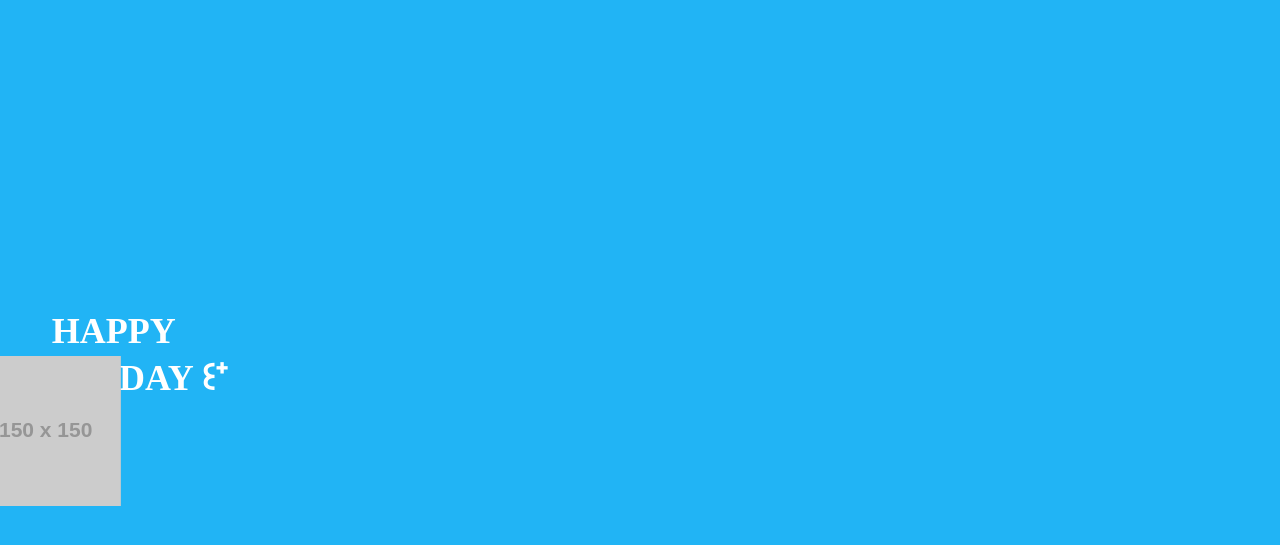
Repository: naps00/BIRTHDAY
Page: /details
These files come from the project's save history. The page is drawn as it stood at one moment and after the next save; the edit follows.
The browser window is 1280 px wide. The pictures show the whole page.
The project was rebuilt for these pictures with package versions that can differ from the ones it lists, and the page was loaded fresh each time.

Above is the page before, as saved 2024-12-12 04:06:50.

### src/App.js
import React, { useState } from 'react';
import { BrowserRouter as Router, Route, Routes, Link } from 'react-router-dom';
import './App.css';
import Details from './details.js'; // นำเข้า Details.js

function Home() {
  const [showModal, setShowModal] = useState(false);

  // เมื่อวีดีโอจบ ให้แสดง modal
  const handleVideoEnd = () => {
    setShowModal(true);
  };

  return (
    <div className="App">
      <div className="container">
        <div className="text-section" style={{ flex: 1, display: 'flex', flexDirection: 'column', justifyContent: 'center', alignItems: 'center', textAlign: 'center', height: '100vh', color: 'black', fontSize: 'calc(3vw + 0vh)', fontWeight: 'bold' }}>
          <h2>HAPPY BIRTHDAY !!</h2>
          <p>MY LOVE ♡ </p>
          <img src="https://img2.pic.in.th/pic/fc8c0bdfae313c2ffd700a21b05915d6-removebg-preview.png" alt="Happy Birthday Decoration" style={{width: '200px', height: '200PX' }} />
        </div>

        <div className="video-section">
          <video
            className="video-player"
            controls
            onEnded={handleVideoEnd}
          >
            <source src="https://v1.pinimg.com/videos/mc/720p/3d/2a/3c/3d2a3ca4078af4f14258938781ed5f8e.mp4" type="video/mp4" />
            Your browser does not support the video tag.
          </video>
        </div>
      </div>

      {/* Modal */}
      {showModal && (
        <div className="modal-backdrop">
          <div className="modal-content">
            <h2>Are you ready?</h2>
            {/* เปลี่ยนปุ่ม "ปิด" ให้เป็นลิงค์ไปยังหน้า /details */}
            <Link to="/details">
              <button className="pulse">GO !!</button>
            </Link>
          </div>
        </div>
      )}

      {/* เพิ่มอิโมจิที่วิ้งๆ */}
      <div className="emoji">🌟</div>
      <div className="emoji2">✨</div>
      <div className="emoji3">💕</div>

    </div>
  );
}

function App() {
  return (
    <Router>
      <Routes>
        <Route path="/" element={<Home />} />
        <Route path="/details" element={<Details />} /> {/* เพิ่มเส้นทางสำหรับหน้า /details */}
      </Routes>
    </Router>
  );
}

export default App;

### src/App.css
/* การจัด layout ของแอปพลิเคชัน */
.App {
  background-color: white;
  min-height: 100vh;
  display: flex;
  justify-content: center;
  align-items: center;
}

/* ส่วนที่ใช้จัด layout */
.container {
  display: flex;
  flex-direction: row; /* แบ่งพื้นที่ออกเป็น 2 ส่วน */
  width: 100%;
  height: 100vh;
}

/* ส่วนข้อความ */
.text-section {
  flex: 1;
  display: flex;
  flex-direction: column;
  justify-content: center;
  align-items: center;
  padding: 20px;
  background-color: #f9f9f9;
}

.text-section h1 {
  margin-bottom: 20px;
}

/* ส่วนวีดีโอ */
.video-section {
  flex: 1;
  display: flex;
  justify-content: center;
  align-items: center;
  background-color: #000;
}

.video-player {
  width: 100%; /* ให้วีดีโอเต็มความกว้าง */
  height: 100%; /* ให้วีดีโอเต็มความสูง */
  object-fit: cover; /* ปรับวีดีโอให้เต็มพื้นที่โดยไม่เสียสัดส่วน */

/* การแสดง modal */
}
.modal-backdrop {
  position: fixed;
  top: 0;
  left: 0;
  width: 100%;
  height: 100%;
  background: rgba(0, 0, 0, 0.7);
  display: flex;
  justify-content: center;
  align-items: center;
  z-index: 100; /* ทำให้ modal อยู่เหนือสิ่งอื่น */
  animation: fadeInPop 0.5s ease-out;
}

/* เพิ่ม z-index ให้ modal-content */
.modal-content {
  background: white;
  padding: 20px;
  border-radius: 10px;
  text-align: center;
  box-shadow: 0 2px 10px rgba(0, 0, 0, 0.3);
  animation: slideUp 0.3s ease-out;
  z-index: 101; /* ทำให้เนื้อหาของ modal อยู่เหนือ backdrop */
}

/* การแอนิเมชัน fade-in และ pop-up สำหรับ modal backdrop */
@keyframes fadeInPop {
  0% {
    opacity: 0;
    transform: scale(0.8);
  }
  100% {
    opacity: 1;
    transform: scale(1);
  }
}

body {
  font-family: 'Coiny', cursive;
  margin: 0;
  padding: 0;
  box-sizing: border-box;
  background-color: #fef9ef;
  color: #333;
}

h1, h2, p {
  font-family: 'Coiny', cursive; /* ฟอนต์ใหม่สำหรับข้อความ */
}

button {
  font-family: 'Coiny', cursive;
  font-size: 1.2rem;
  background-color: #ff6f61;
  color: #fff;
  padding: 10px 20px;
  border: none;
  border-radius: 8px;
  cursor: pointer;
  transition: background-color 0.3s ease, transform 0.3s ease;
}

button:hover {
  background-color: #ff3d3d;
  transform: scale(1.1);
}

/* การแอนิเมชัน slide-up สำหรับ modal content */
@keyframes slideUp {
  0% {
    transform: translateY(20px);
    opacity: 0;
  }
  100% {
    transform: translateY(0);
    opacity: 1;
  }
}

.modal-content h2 {
  margin-bottom: 20px;
}

.modal-content button {
  padding: 10px 20px;
  background-color: #007bff;
  color: white;
  border: none;
  border-radius: 5px;
  cursor: pointer;
  transition: transform 0.3s ease, background-color 0.3s ease;
}

/* เอฟเฟกต์เมื่อ hover ปุ่ม */
.modal-content button:hover {
  background-color: #0056b3;
  transform: scale(1.1); /* ขยายขนาดปุ่มเมื่อ hover */
}

/* เอฟเฟกต์การเต้นของปุ่ม */
@keyframes pulse {
  0% {
    transform: scale(1);
    opacity: 1;
  }
  50% {
    transform: scale(1.1);
    opacity: 0.8;
  }
  100% {
    transform: scale(1);
    opacity: 1;
  }
}

.pulse {
  animation: pulse 1.5s infinite;
}

/* อิโมจิวิ้งๆ */
.emoji {
  position: fixed;
  top: 30%;
  right: 50%;
  font-size: 30px;
  animation: smoothBounce 1.4s infinite;
  z-index: 50; /* ทำให้ไอคอนอิโมจิอยู่ใต้ modal */
}
.emoji2 {
  position: fixed;
  top: 18%;
  right: 97%;
  font-size: 30px;
  animation: smoothBounce 1.5s infinite;
  z-index: 50; /* ทำให้ไอคอนอิโมจิอยู่ใต้ modal */
}
.emoji3 {
  position: fixed;
  top: 63%;
  right: 65%;
  font-size: 50px;
  animation: smoothBounce 3s infinite;
  z-index: 50; /* ทำให้ไอคอนอิโมจิอยู่ใต้ modal */
}
/* การกระพิบ */
/* @keyframes fadeInOut {
  0%, 100% {
    opacity: 0;
  }
  50% {
    opacity: 1;
  }
}

.fade {
  animation: fadeInOut 1s infinite;
} */

/* การแอนิเมชันวิ้ง */
@keyframes smoothBounce {
  0%, 100% {
    transform: translateY(0);
    opacity: 1;
  }
  25% {
    transform: translateY(-1px);
    opacity: 1;
  }
  50% {
    transform: translateY(-1px);
    opacity: 1;
  }
  75% {
    transform: translateY(5px);
    opacity: 1;
  }
}


/* การแอนิเมชัน zoom-in */
@keyframes zoomIn {
  0% {
    transform: scale(0.8);
    opacity: 0;
  }
  100% {
    transform: scale(1);
    opacity: 1;
  }
}

.zoom-in {
  animation: zoomIn 0.4s ease-out;
}

/* เอฟเฟกต์ fade-in สำหรับเนื้อหาที่โหลด */
.fade-in {
  opacity: 0;
  animation: fadeIn 1s forwards;
}

@keyframes fadeIn {
  from {
    opacity: 0;
  }
  to {
    opacity: 1;
  }
}

### src/details.js
import React, { useState, useEffect } from 'react';
import './details.css';

function DetailsPage() {
  const [isBlue, setIsBlue] = useState(true);

  // ฟังก์ชันเพื่อสลับสีพื้นหลังทุก 2 วินาที
  useEffect(() => {
    const interval = setInterval(() => {
      setIsBlue((prev) => !prev);
    }, 2000); // สลับทุก 2 วินาที

    return () => clearInterval(interval); // เคลียร์ interval เมื่อคอมโพเนนต์ถูก unmount
  }, []);

  return (
    <div className={`details-page ${isBlue ? 'blue' : 'pink'}`}>
      <div className="content">
        <h1>
          HAPPY <br />
          NAME DAY ꒰⁺
        </h1>
      </div>
      <div className="card-stack">
        {/* ใส่ภาพที่ต้องการ */}
        <img src="https://via.placeholder.com/150" alt="card" className="card" />
        <img src="https://via.placeholder.com/150" alt="card" className="card" />
        <img src="https://via.placeholder.com/150" alt="card" className="card" />
      </div>
    </div>
  );
}

export default DetailsPage;

### src/details.css
.details-page {
  display: flex;
  justify-content: center;
  align-items: flex-start; /* จัดข้อความให้อยู่ที่ด้านบนสุด */
  height: 100vh;
  transition: background-color 2s ease-in-out;
  flex-direction: column; /* ให้ข้อความอยู่ด้านบน และภาพอยู่ด้านล่าง */
}

.details-page.blue {
  background-color: #00bfff; /* ฟ้าสด */
}

.details-page.pink {
  background-color: #ff69b4; /* ชมพูสด */
}

.content h1 {
  font-size: 36px;
  font-weight: bold;
  color: white;
  text-align: center;
  margin: 0;
  padding-top: 20px; /* ระยะห่างจากขอบบน */
}

.card-stack {
  position: relative;
  display: flex;
  justify-content: center;
  align-items: center;
  margin-top: 30px;
}

.card {
  position: absolute;
  animation: shuffle 2s infinite alternate; /* ใช้ animation สำหรับการเคลื่อนไหว */
  width: 150px;
  height: 150px;
  z-index: 1;
}

/* สร้างการเคลื่อนไหวที่ดูเหมือนสับไพ่ */
@keyframes shuffle {
  0% {
    transform: translateX(-50px); /* เคลื่อนที่ไปทางซ้าย */
    z-index: 2;
  }
  100% {
    transform: translateX(50px); /* เคลื่อนที่ไปทางขวา */
    z-index: 1;
  }
}

Loaded but not shown: public/index.html (common file); src/index.js (common file); src/index.css (common file); src/reportWebVitals.js (common file)

After the next save:
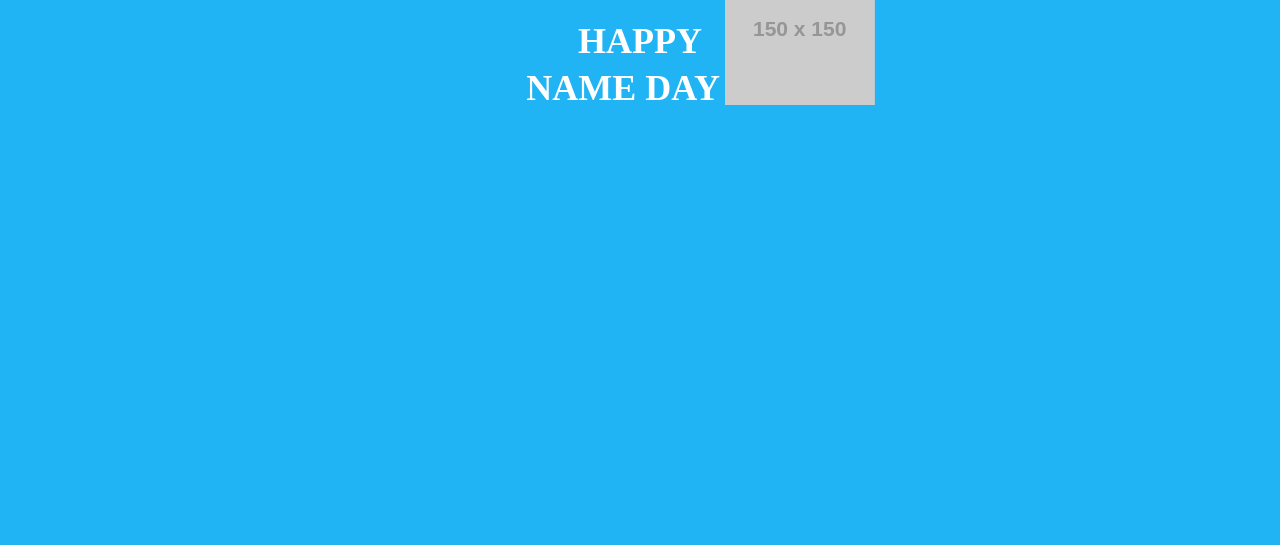
Saved 79 s later.
--- a/src/details.css
+++ b/src/details.css
@@ -1,10 +1,9 @@
 .details-page {
   display: flex;
-  justify-content: center;
-  align-items: flex-start; /* จัดข้อความให้อยู่ที่ด้านบนสุด */
+  justify-content: center; /* จัดให้ข้อความอยู่กลางแนวนอน */
+  align-items: flex-start; /* จัดให้ข้อความอยู่ที่ด้านบนสุด */
   height: 100vh;
   transition: background-color 2s ease-in-out;
-  flex-direction: column; /* ให้ข้อความอยู่ด้านบน และภาพอยู่ด้านล่าง */
 }
 
 .details-page.blue {
@@ -23,6 +22,7 @@
   margin: 0;
   padding-top: 20px; /* ระยะห่างจากขอบบน */
 }
+
 
 .card-stack {
   position: relative;
